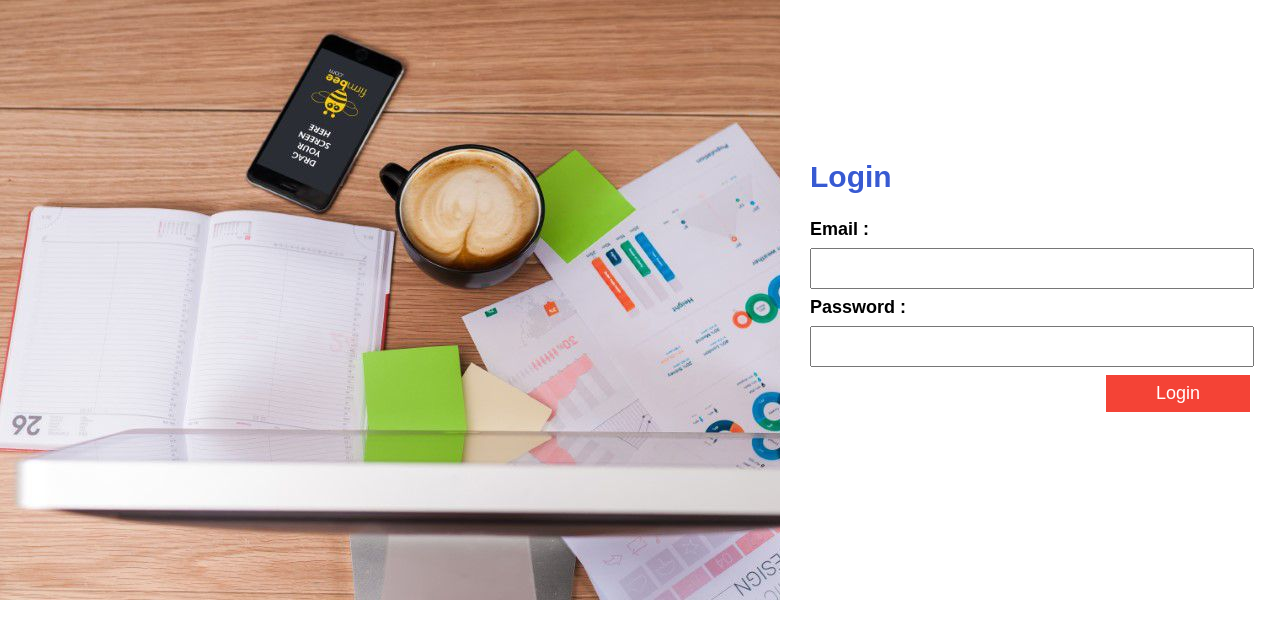
Repository: bayulalu/sekolah-orgaisasi
Page: http://localhost/login-user
An editor plug-in stored every save of this project. The page is shown before and after the next save, followed by the edit.
The browser window is 1280 px wide. The pictures show the whole page.
The page is served by the project's Laravel application, run on PHP 8.4 with Laravel 8. Other server files are loaded and not shown.

Above is the page before, as saved 2020-07-19 14:03:22.

### routes/web.php
<?php

use Illuminate\Support\Facades\Route;



// Route::get('/', function () {
//     return view('welcome');
// });



Route::get('/login-user', 'AuthController@login')->name('login');
Route::post('/login-user', 'AuthController@postLogin')->name('login');
Route::get('/event', 'ArtikelController@event')->name('event');

Route::group(['middleware' => 'auth'], function(){

    Route::get('/register-user','AuthController@registerUser')->name('register');
    Route::post('/register-user','AuthController@storeUser')->name('register');
    Route::get('/logout', 'AuthController@logout' )->name('logout');

    Route::get('/create-envet', 'ArtikelController@create')->name('create-event');
    Route::post('/create-envet', 'ArtikelController@store')->name('create-event');

    Route::get('/event-delete/{slug}', 'ArtikelController@delete');
    Route::get('/event-update/{slug}', 'ArtikelController@edit');
    Route::post('/event-update/{slug}', 'ArtikelController@update');
});

Route::get('/', 'ArtikelController@index')->name('home');
Route::get('/event/{slug}', 'ArtikelController@showDetail')->name('singgel-event');


// Route::get('/tes', function () {
//     return view('gush.singgle');

// });

// Auth::routes();

// Route::get('/home', 'HomeController@index')->name('home');

### app/Http/Controllers/AuthController.php
<?php

namespace App\Http\Controllers;

use Auth;
use Illuminate\Http\Request;
use App\Models\User;
use Illuminate\Support\Facades\Auth as FacadesAuth;

class AuthController extends Controller
{
    public function login()
    {
        return view('auth2.login');
    }

    public function postLogin(Request $request)
    {
        // die('mask');

        $this->validate($request, [
            'user' => 'required',
            'password' => 'required'
        ]);


        $users = auth()->attempt(['user' => $request->user, 'password' => $request->password]);

        if (!$users) {
            return redirect()->back()->withInput($request->only('user', 'password'));
        }

        return redirect()->route('home');
    }

    public function registerUser()
    {
        if(Auth::user()->level != 1){
            return redirect()->route('home');

        }


        return view('auth2.register');
    }

    public function storeUser(Request $request)
    {

        if(Auth::user()->level != 1){
            return redirect()->route('home');

        }

        $this->validate($request, [
            'name' => 'required',
            'user' => 'required|unique:users',
            'organisasi' => 'required',
            'password' => 'required|string'
        ]);


      User::create([
            'name' => $request->name,
            'user' => $request->user,
            'status' => $request->organisasi,
            'password' =>  bcrypt($request->password),
            'level' => 2,
        ]);

        return redirect()->route('register')->with('msg','User Berhasil Di Tambah');


    }



    public function logout()
    {
        Auth::logout();
        return redirect()->route('home');
    }
}

### resources/views/auth2/login.blade.php


<!DOCTYPE html>
<html lang="en">
<head>
    <meta charset="UTF-8">
    <meta name="viewport" content="width=device-width, initial-scale=1.0">
    <meta http-equiv="X-UA-Compatible" content="ie=edge">
    <title>Login</title>
</head>
    <link rel="stylesheet" href="{{ asset('css/login.css') }}">
<body>
    <div class="d1">

    </div>
    <div class="login">
      <form class="" action="index.html" method="post">
        <h2>Login </h2>
    <label for="">Email :</label>
        <input class="txtb" type="text" name="" value="">
        <label for="">Password :</label>
        <input class="txtb" type="password" name="" value="">
        <div class="check">

      </div>
            <input class="btn" type="button" name="" value="Login">
      </form>
    </div>
</body>
</html>

### public/css/login.css
body,
html {
    margin: 0;
    padding: 0;
    height: 100%;
    font-family: sans-serif;
}
.d1 {
    width: 70%;
    height: 100%;
    overflow: hidden;
    float: left;
    /* background: ("../img/intro-bg.png") center; */
    background-image: url("../img/login.jpg")  ;
    background-repeat: no-repeat;
}
.login {
    position: fixed;
    overflow: hidden;
    width: 100%;
    max-width: 500px;
    right: 0;
    margin: 0;
    background: #fff;
    height: 100%;
    z-index: 1;
}
.login form {
    margin: 160px 30px;
}
.login h2 {
    font-size: 30px;
    color: #385ad2;
}
.login label {
    display: block;
    font-size: 18px;
    font-weight: 700;
    margin: 8px 0;
}
.txtb {
    width: 100%;
    padding: 8px 0;
    font-size: 18px;
}
.check {
    margin: 8px 0;
}
.btn {
    display: block;
    float: right;
    background: #f44336;
    font-size: 18px;
    padding: 8px 50px;
    color: white;
    border: none;
}

Loaded but not shown: app/Http/Controllers/Controller.php (common file)

After the next save:
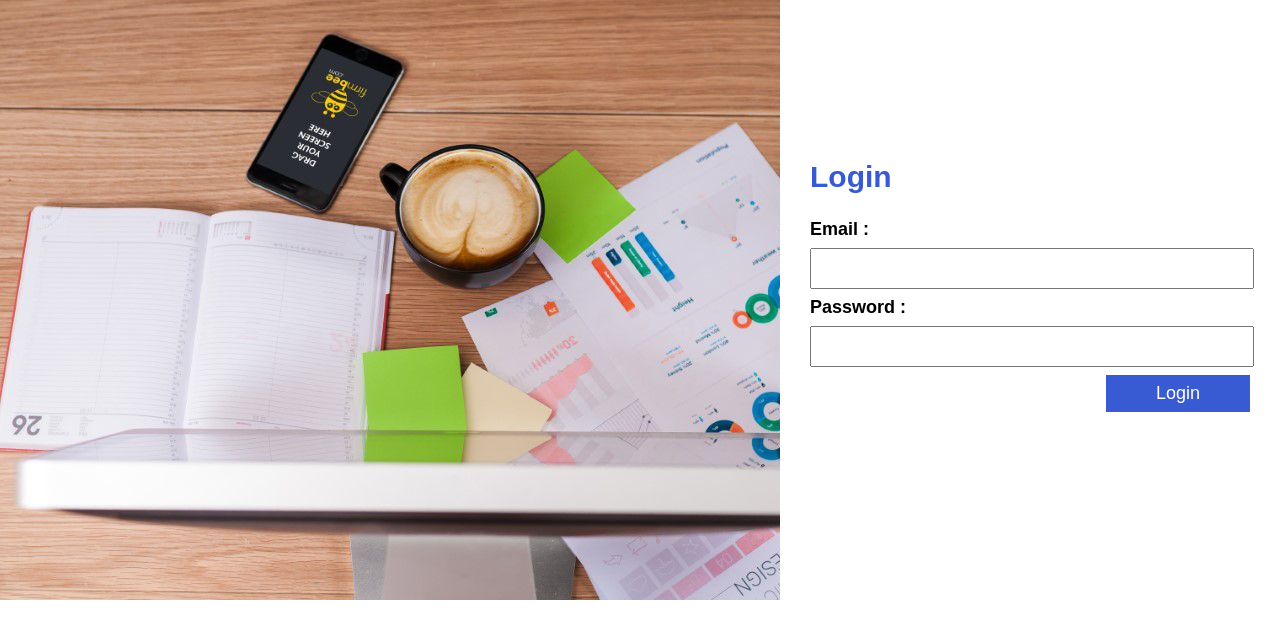
Saved 68 s later.
--- a/public/css/login.css
+++ b/public/css/login.css
@@ -49,9 +49,10 @@ html {
 .btn {
     display: block;
     float: right;
-    background: #f44336;
+    background: #385ad2;
     font-size: 18px;
     padding: 8px 50px;
     color: white;
     border: none;
+    border-radius: 20px solid grey;
 }
